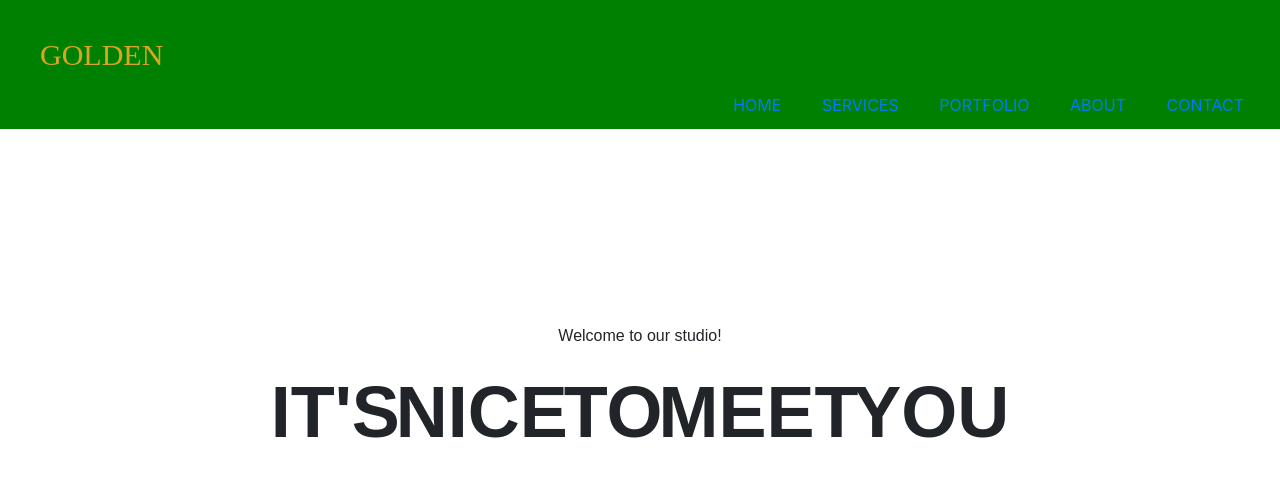
Repository: arek-adamik/golden-webpage
Page: index.html
An editor plug-in stored every save of this project. The page is shown before and after the next save, followed by the edit.
The browser window is 1280 px wide. The pictures show the whole page.
Some web fonts or font styles are not loaded; a fallback is used. Some web libraries are served in a nearby version. The style sheet was rebuilt from its Sass, Less or Tailwind sources for each picture, by a compiler version that may differ from the author's.

Above is the page before, as saved 2021-05-04 13:46:46.

After the next save:
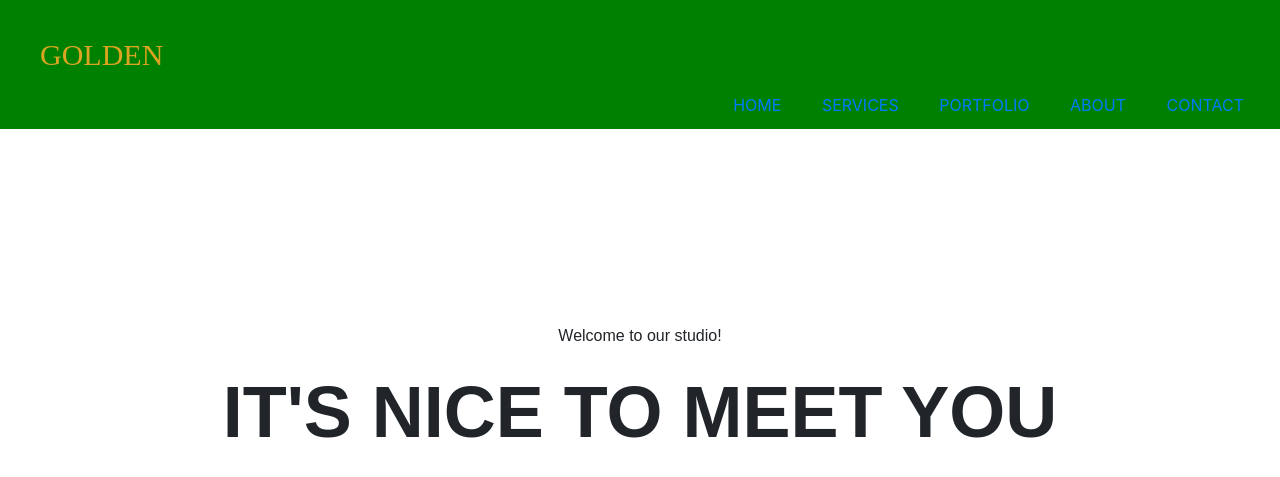
Saved 42 s later.
--- a/sass/style.scss
+++ b/sass/style.scss
@@ -60,7 +60,6 @@ body {
         .page-title {
             margin: 0;
             font-size: 72px;
-            word-spacing: -24px;
             font-weight: 700;
             line-height: 1.2;
             font-family: $font-header;
